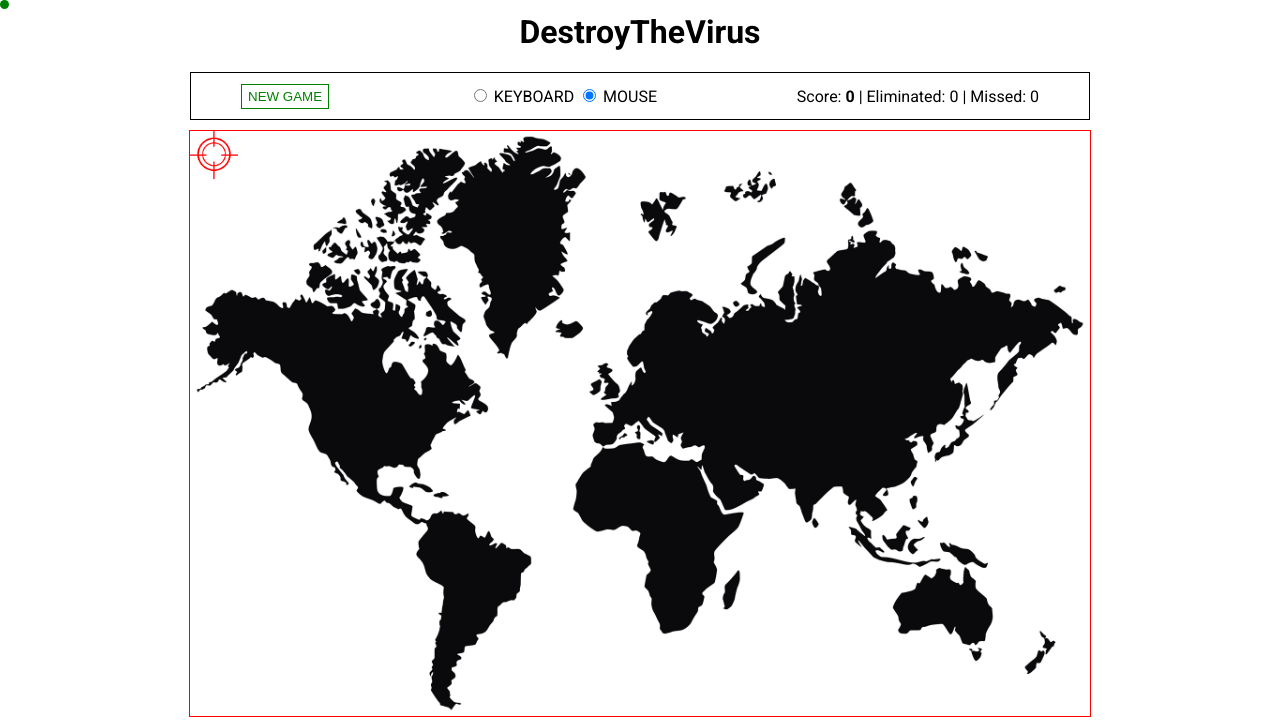
Repository: Baterka/DestroyTheVirus
Page: index.html
These files come from the project's save history. The page is drawn as it stood at one moment and after a run of saves; the edit follows.
The browser window is 1280 px wide. The pictures show the whole page.

Above is the page before, as saved 2020-03-20 13:50:44.

After the next 2 saves:
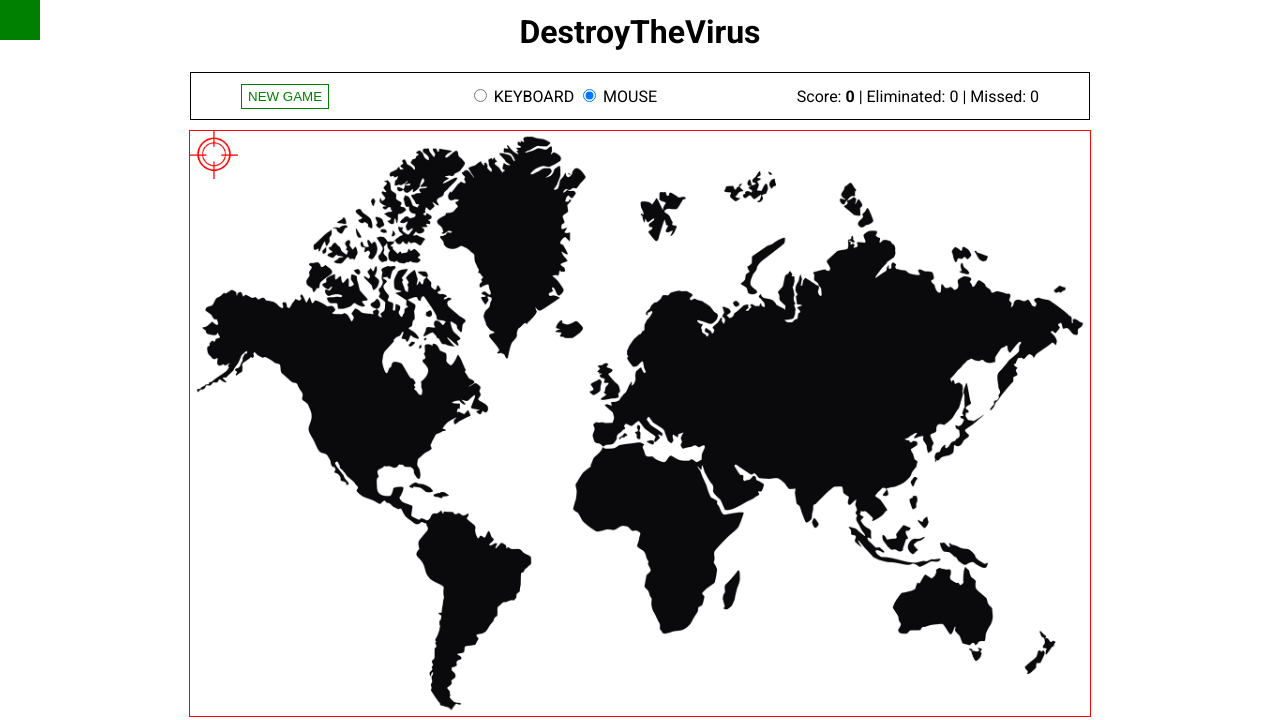
The 2 saves are shown as one change because they came seconds apart.
The last was saved 21 s later.
--- a/style.css
+++ b/style.css
@@ -168,10 +168,10 @@
 #debugDot {
     z-index: 100;
     position: absolute;
-    width: 9px;
-    height: 9px;
+    width: 40px;
+    height: 40px;
     top: 0;
     left: 0;
     background-color: green;
-    border-radius: 8px;
+    //border-radius: 8px;
 }

After the 3 saves that followed:
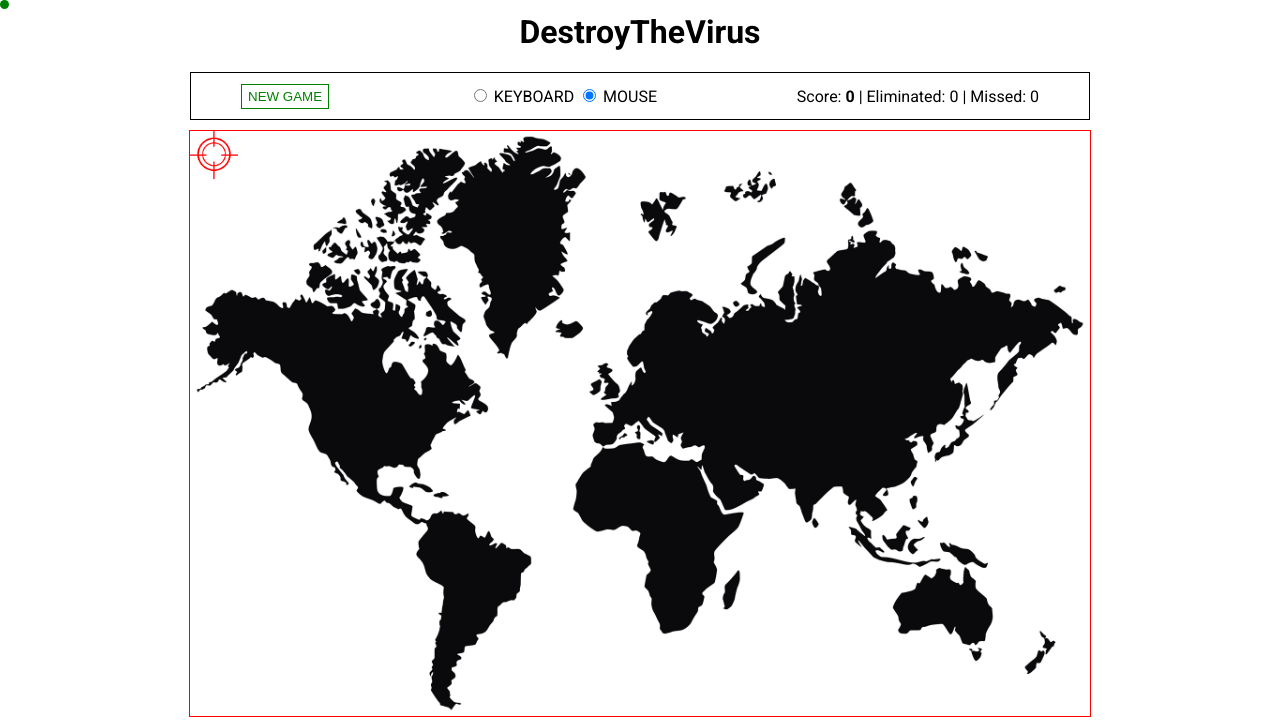
The 3 saves are shown as one change because 2 left the picture as it was.
The last was saved 32 s later.
--- a/style.css
+++ b/style.css
@@ -168,10 +168,10 @@
 #debugDot {
     z-index: 100;
     position: absolute;
-    width: 40px;
-    height: 40px;
+    width: 9px;
+    height: 9px;
     top: 0;
     left: 0;
     background-color: green;
-    //border-radius: 8px;
+    border-radius: 9px;
 }
--- a/main.js
+++ b/main.js
@@ -282,8 +282,8 @@ class Player {
             this.cursorPosition.x += this.keyboardSpeed;
 
         if (this._Game.debug) {
-            this._debugDotElem.style.top = (this.cursorPosition.y - 4) + "px";
-            this._debugDotElem.style.left = (this.cursorPosition.x - 4) + "px";
+            this._debugDotElem.style.top = (this.cursorPosition.y - 19) + "px";
+            this._debugDotElem.style.left = (this.cursorPosition.x - 19) + "px";
         }
 
         this._Game.World.moveTarget(this.cursorPosition.x, this.cursorPosition.y);
